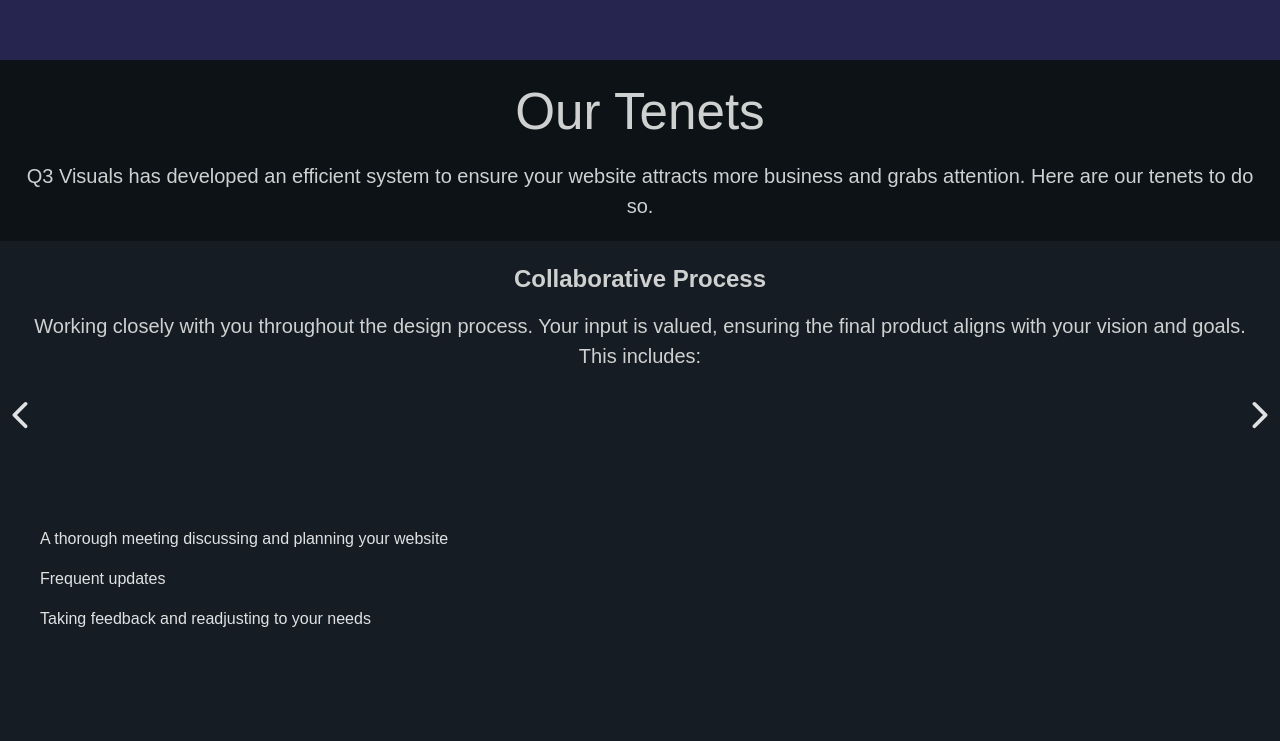
Repository: TMuse333/quantumDesigns
Page: /process
These files come from the project's save history. The page is drawn as it stood at one moment and after a run of saves; the edit follows.
The browser window is 1280 px wide. The pictures show the whole page.
The project was rebuilt for these pictures with package versions that can differ from the ones it lists, and the page was loaded fresh each time. Also part of the build but not shown: vite.config.js, src/styles/herobanner.css, src/components/Herobanner.jsx, src/components/intro.jsx, src/styles/tenets.css, src/components/tenets.jsx, src/styles/work.css, src/components/work.jsx and 6 more.

Above is the page before, as saved 2023-12-17 11:59:44.

After the next 5 saves:
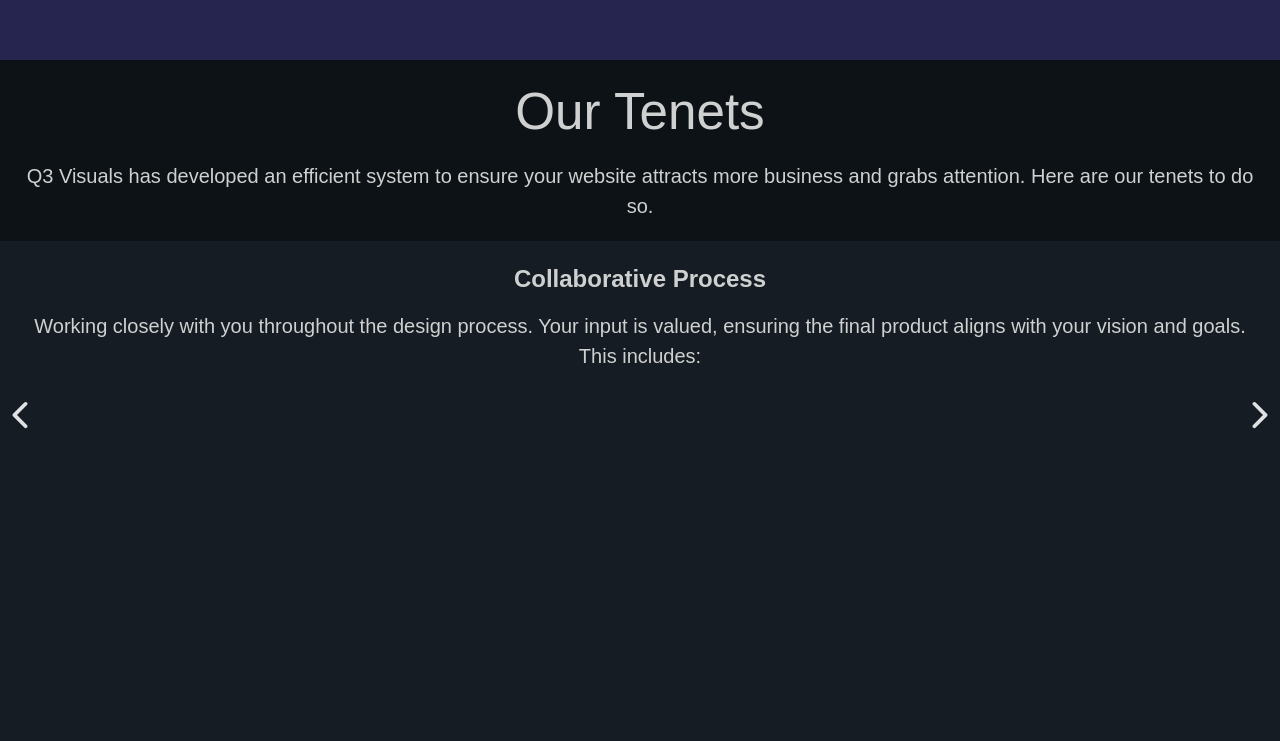
The 5 saves are shown as one change because they came seconds apart.
The last was saved 42 s later.
--- a/src/components/process.jsx
+++ b/src/components/process.jsx
@@ -65,7 +65,7 @@ const Process = () => {
 
 
                     <motion.li key={index}
-
+                    initial={{opacity:0}}
                     >{point}</motion.li>
                     </AnimatePresence>
                 ))}
